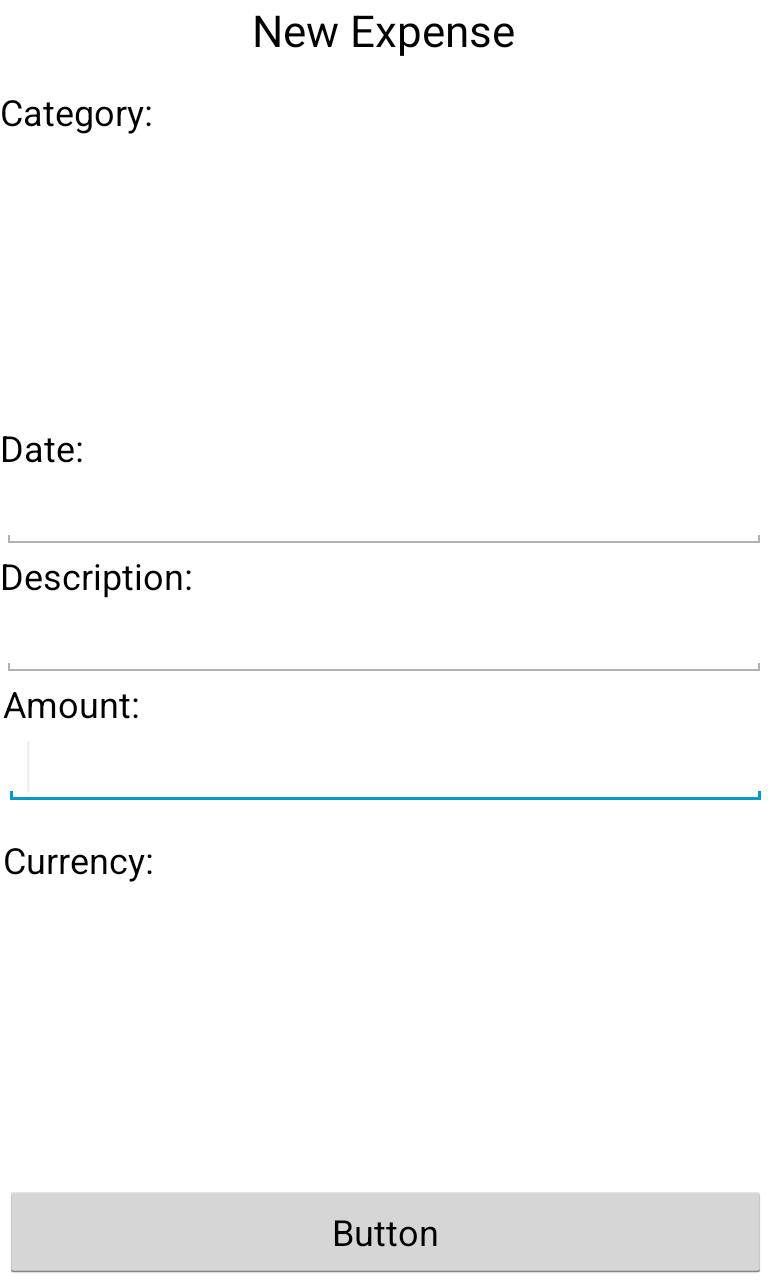
Repository: ReverseOni/Assignment1
Layout: MamesserAssign1/res/layout/new_expense.xml
An editor plug-in stored every save of this project. The layout is shown before and after the next save, followed by the edit.
It is drawn on a 768 x 1280 px phone screen (xhdpi) without system bars, with theme AppTheme; the app's code is not run. Lists and similar views that code fills are empty.

Above is the layout before, as saved 2015-01-24 19:42:16.

### MamesserAssign1/res/layout/new_expense.xml
<?xml version="1.0" encoding="utf-8"?>
<RelativeLayout xmlns:android="http://schemas.android.com/apk/res/android"
    android:layout_width="match_parent"
    android:layout_height="match_parent" >

    <TextView
        android:id="@+id/NewExpenseTitle"
        android:layout_width="wrap_content"
        android:layout_height="wrap_content"
        android:layout_alignParentTop="true"
        android:layout_centerHorizontal="true"
        android:text="New Expense"
        android:textAppearance="?android:attr/textAppearanceLarge" />

    <TextView
        android:id="@+id/CategoryTitle"
        android:layout_width="wrap_content"
        android:layout_height="wrap_content"
        android:layout_alignParentLeft="true"
        android:layout_below="@+id/NewExpenseTitle"
        android:layout_marginTop="14dp"
        android:text="Category:"
        android:textAppearance="?android:attr/textAppearanceMedium" />

    <ExpandableListView
        android:id="@+id/CurrencyTypeExpandableList"
        android:layout_width="match_parent"
        android:layout_height="wrap_content"
        android:layout_above="@+id/button1"
        android:layout_alignParentLeft="true"
        android:layout_below="@+id/CurrencyTitle" >

    </ExpandableListView>

    <TextView
        android:id="@+id/CurrencyTitle"
        android:layout_width="wrap_content"
        android:layout_height="wrap_content"
        android:layout_alignRight="@+id/CategoryTitle"
        android:layout_below="@+id/AddExpenseAmount"
        android:layout_marginTop="14dp"
        android:text="Currency:"
        android:textAppearance="?android:attr/textAppearanceMedium" />

    <EditText
        android:id="@+id/AddExpenseDescriptionText"
        android:layout_width="wrap_content"
        android:layout_height="wrap_content"
        android:layout_alignParentLeft="true"
        android:layout_alignParentRight="true"
        android:layout_centerVertical="true"
        android:ems="10" />

    <TextView
        android:id="@+id/DescriptionTitle"
        android:layout_width="wrap_content"
        android:layout_height="wrap_content"
        android:layout_above="@+id/AddExpenseDescriptionText"
        android:layout_alignParentLeft="true"
        android:text="Description:"
        android:textAppearance="?android:attr/textAppearanceMedium" />

    <EditText
        android:id="@+id/AddExpensesDateText"
        android:layout_width="wrap_content"
        android:layout_height="wrap_content"
        android:layout_above="@+id/DescriptionTitle"
        android:layout_alignParentLeft="true"
        android:layout_alignParentRight="true"
        android:ems="10"
        android:inputType="date" />

    <TextView
        android:id="@+id/DateTitleAddExpense"
        android:layout_width="wrap_content"
        android:layout_height="wrap_content"
        android:layout_above="@+id/AddExpensesDateText"
        android:layout_alignParentLeft="true"
        android:text="Date:"
        android:textAppearance="?android:attr/textAppearanceMedium" />

    <ExpandableListView
        android:id="@+id/CategoryExpandableList"
        android:layout_width="match_parent"
        android:layout_height="wrap_content"
        android:layout_above="@+id/DateTitleAddExpense"
        android:layout_alignParentLeft="true"
        android:layout_below="@+id/CategoryTitle" >
    </ExpandableListView>

    <TextView
        android:id="@+id/AmountTitle"
        android:layout_width="wrap_content"
        android:layout_height="wrap_content"
        android:layout_alignLeft="@+id/CurrencyTitle"
        android:layout_below="@+id/AddExpenseDescriptionText"
        android:text="Amount:"
        android:textAppearance="?android:attr/textAppearanceMedium" />

    <EditText
        android:id="@+id/AddExpenseAmount"
        android:layout_width="wrap_content"
        android:layout_height="wrap_content"
        android:layout_alignLeft="@+id/AmountTitle"
        android:layout_alignParentRight="true"
        android:layout_below="@+id/AmountTitle"
        android:ems="10"
        android:inputType="numberDecimal" >

        <requestFocus />
    </EditText>

    <Button
        android:id="@+id/button1"
        android:layout_width="wrap_content"
        android:layout_height="wrap_content"
        android:layout_alignLeft="@+id/CurrencyTitle"
        android:layout_alignParentBottom="true"
        android:layout_alignParentRight="true"
        android:text="Button" />

</RelativeLayout>

Loaded but not shown: MamesserAssign1/res/values/styles.xml (common file); MamesserAssign1/res/values-v11/styles.xml (common file); MamesserAssign1/res/values-v14/styles.xml (common file)

After the next save:
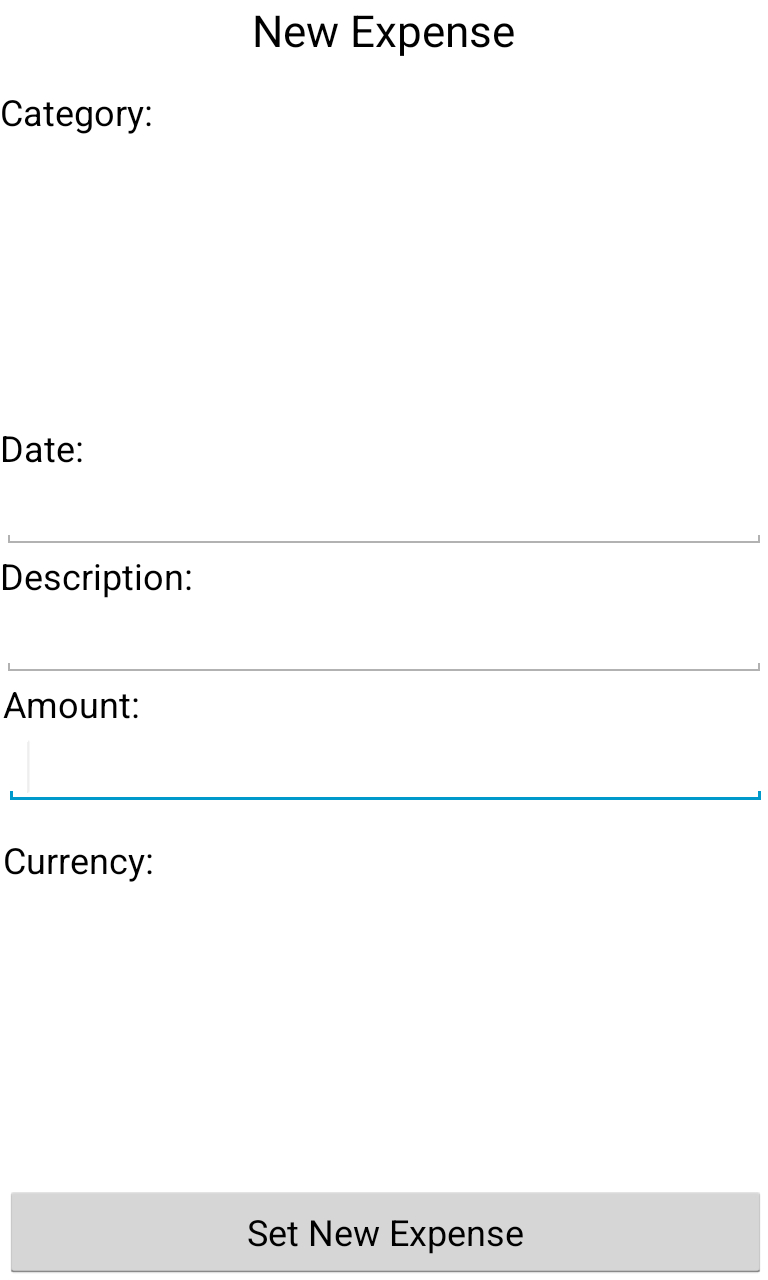
Saved 11 s later.
--- a/MamesserAssign1/res/layout/new_expense.xml
+++ b/MamesserAssign1/res/layout/new_expense.xml
@@ -117,6 +117,6 @@
         android:layout_alignLeft="@+id/CurrencyTitle"
         android:layout_alignParentBottom="true"
         android:layout_alignParentRight="true"
-        android:text="Button" />
+        android:text="Set New Expense" />
 
 </RelativeLayout>
